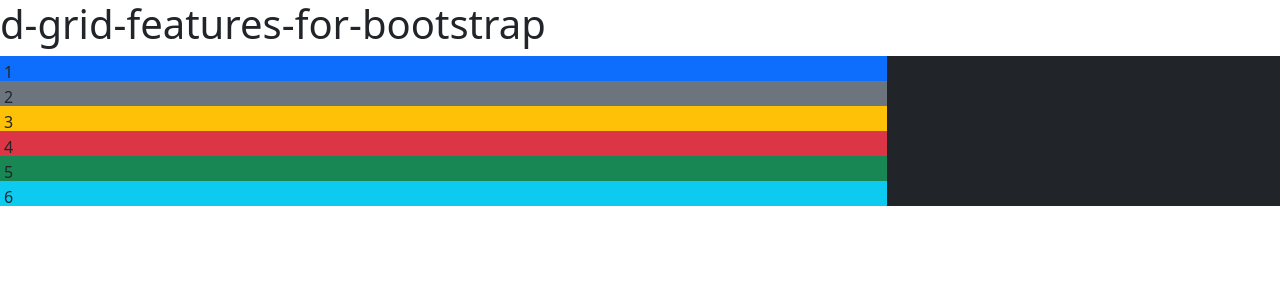
Repository: LynxPardelle/d-grid-features-for-bootstrap
Page: index.html
The author's editor kept a copy of each file at every save. The page is drawn from the files as they stood at one save, then again after the next save.
The browser window is 1280 px wide. The pictures show the whole page.

Above is the page before, as saved 2021-10-20 04:41:06.

After the next save:
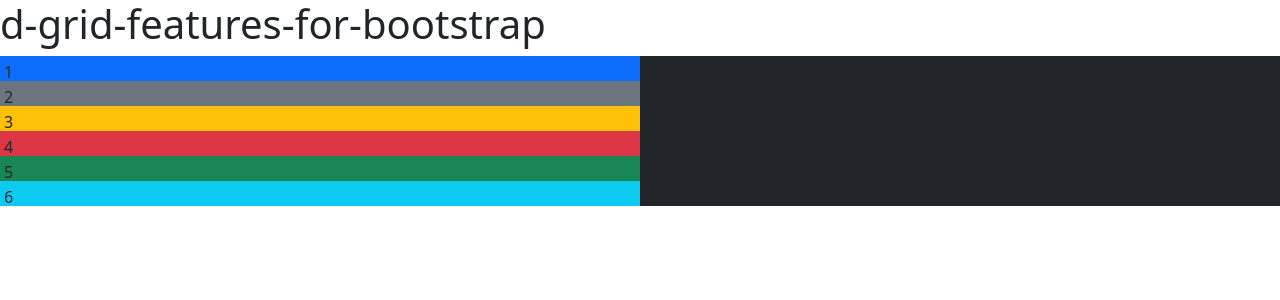
Saved 10 s later.
--- a/index.html
+++ b/index.html
@@ -19,7 +19,7 @@
       [row4-start] "d d d ." 25px [row4-end]
       [row5-start] "e e e ." 25px [row5-end]
       [row6-start] "f f f ." 25px [row6-end]
-      / auto 100px auto'>
+      / auto 100px auto auto 100px auto'>
     <div data-gfbs data-gfbs-ga="a" class="grid-element bg-primary p-1">
       1
     </div>

After the save that followed:
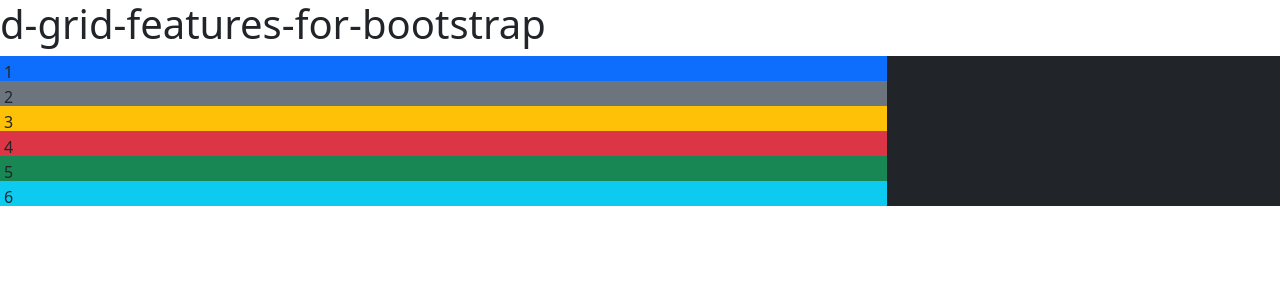
Saved 16 s later.
--- a/index.html
+++ b/index.html
@@ -19,7 +19,7 @@
       [row4-start] "d d d ." 25px [row4-end]
       [row5-start] "e e e ." 25px [row5-end]
       [row6-start] "f f f ." 25px [row6-end]
-      / auto 100px auto auto 100px auto'>
+      / auto 100px auto auto'>
     <div data-gfbs data-gfbs-ga="a" class="grid-element bg-primary p-1">
       1
     </div>
